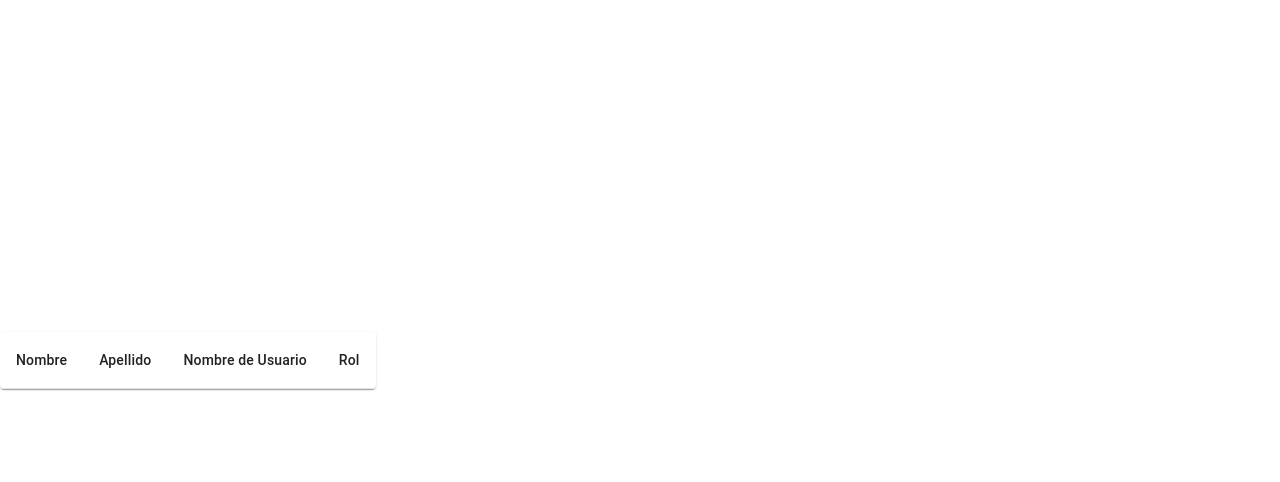
Repository: Mpablom/usuarioCaC-integrador-final-front
Page: /usuarios
These files come from the project's save history. The page is drawn as it stood at one moment and after the next save; the edit follows.
The browser window is 1280 px wide. The pictures show the whole page.
The page's requests for data from a server got no answer. The project was rebuilt for these pictures with package versions that can differ from the ones it lists, and the page was loaded fresh each time. No one was signed in, and anything a server would have sent is missing. Also part of the build but not shown: vite.config.ts, src/components/Login.tsx.

Above is the page before, as saved 2024-07-10 23:19:17.

After the next save:
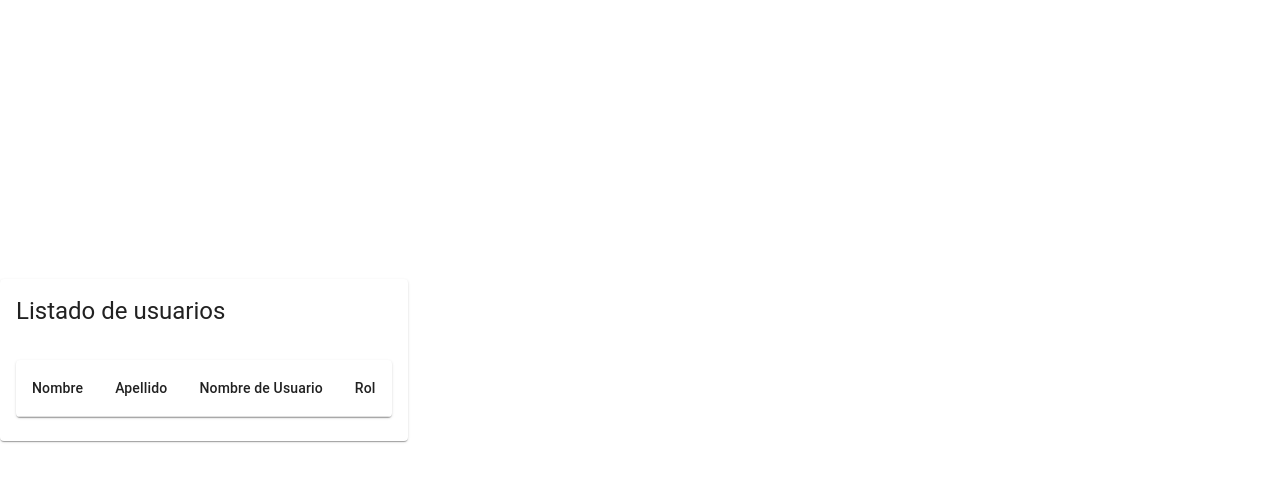
Saved 114 s later.
--- a/src/components/UsuariosTable.tsx
+++ b/src/components/UsuariosTable.tsx
@@ -1,7 +1,18 @@
-import React, { useEffect, useState } from 'react';
-import { TableContainer, Table, TableHead, TableBody, TableRow, TableCell, Paper } from '@mui/material';
-import { Usuario } from '../models/UsuarioModel';
-import { getUsuarios } from '../axios/UsuarioApi';
+import React, { useEffect, useState } from "react";
+import {
+  TableContainer,
+  Table,
+  TableHead,
+  TableBody,
+  TableRow,
+  TableCell,
+  Paper,
+  Card,
+  CardHeader,
+  CardContent,
+} from "@mui/material";
+import { Usuario } from "../models/UsuarioModel";
+import { getUsuarios } from "../axios/UsuarioApi";
 
 const UsuariosTable: React.FC = () => {
   const [usuarios, setUsuarios] = useState<Usuario[]>([]);
@@ -12,7 +23,7 @@ const UsuariosTable: React.FC = () => {
         const usuariosData = await getUsuarios();
         setUsuarios(usuariosData);
       } catch (error) {
-        console.error('Error fetching usuarios:', error);
+        console.error("Error fetching usuarios:", error);
       }
     };
 
@@ -20,28 +31,33 @@ const UsuariosTable: React.FC = () => {
   }, []);
 
   return (
-    <TableContainer component={Paper}>
-      <Table>
-        <TableHead>
-          <TableRow>
-            <TableCell>Nombre</TableCell>
-            <TableCell>Apellido</TableCell>
-            <TableCell>Nombre de Usuario</TableCell>
-            <TableCell>Rol</TableCell>
-          </TableRow>
-        </TableHead>
-        <TableBody>
-          {usuarios.map((usuario) => (
-            <TableRow key={usuario.id}>
-              <TableCell>{usuario.nombre}</TableCell>
-              <TableCell>{usuario.apellido}</TableCell>
-              <TableCell>{usuario.username}</TableCell>
-              <TableCell>{usuario.rol}</TableCell>
-            </TableRow>
-          ))}
-        </TableBody>
-      </Table>
-    </TableContainer>
+    <Card>
+      <CardHeader title="Listado de usuarios" />
+      <CardContent>
+        <TableContainer component={Paper}>
+          <Table>
+            <TableHead>
+              <TableRow>
+                <TableCell>Nombre</TableCell>
+                <TableCell>Apellido</TableCell>
+                <TableCell>Nombre de Usuario</TableCell>
+                <TableCell>Rol</TableCell>
+              </TableRow>
+            </TableHead>
+            <TableBody>
+              {usuarios.map((usuario) => (
+                <TableRow key={usuario.id}>
+                  <TableCell>{usuario.nombre}</TableCell>
+                  <TableCell>{usuario.apellido}</TableCell>
+                  <TableCell>{usuario.username}</TableCell>
+                  <TableCell>{usuario.rol}</TableCell>
+                </TableRow>
+              ))}
+            </TableBody>
+          </Table>
+        </TableContainer>
+      </CardContent>
+    </Card>
   );
 };
 
